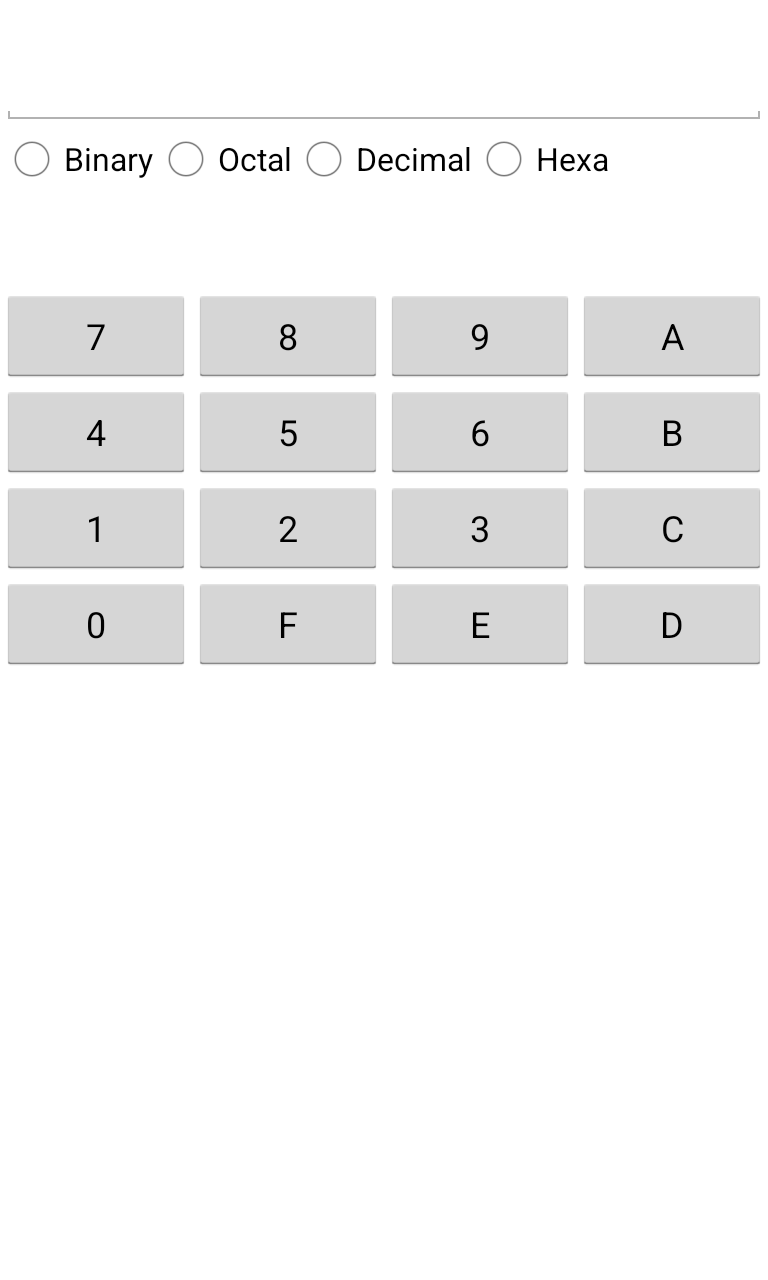
Repository: RamDion/BSIT_Calculator
Layout: CcsCalcu/res/layout/activity_calculator.xml
An editor plug-in stored every save of this project. The layout is shown before and after the next save, followed by the edit.
It is drawn on a 768 x 1280 px phone screen (xhdpi) without system bars, with theme AppTheme; the app's code is not run.

Above is the layout before, as saved 2014-09-04 05:35:06.

After the next save:
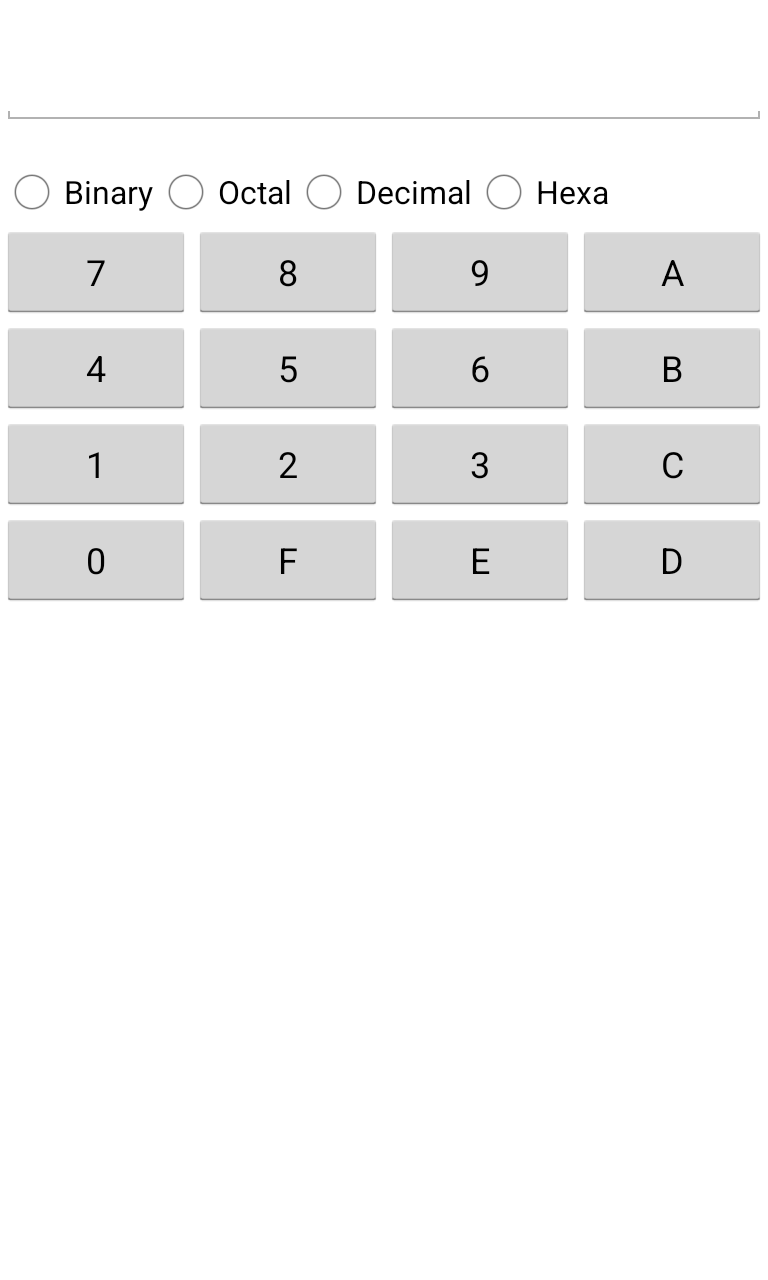
Saved 74 s later.
--- a/CcsCalcu/res/layout/activity_calculator.xml
+++ b/CcsCalcu/res/layout/activity_calculator.xml
@@ -54,18 +54,17 @@
              android:layout_height="wrap_content"
              android:text="@string/hexa" />
 
+<TextView
+    android:id="@+id/result"
+    android:layout_width="0dip"
+    android:layout_height="wrap_content"
+    android:layout_weight="1"
+    android:inputType="none"
+    android:textSize="36sp" />
+
         </TableRow>
 
         <TableRow>
-             <TextView
-                android:id="@+id/result"
-                android:layout_weight="1"
-                android:layout_width="0dip"
-                android:layout_height="wrap_content"
-                android:textSize="36sp"
-                android:inputType="none" >
-
-            </TextView>
         </TableRow>
 
 
